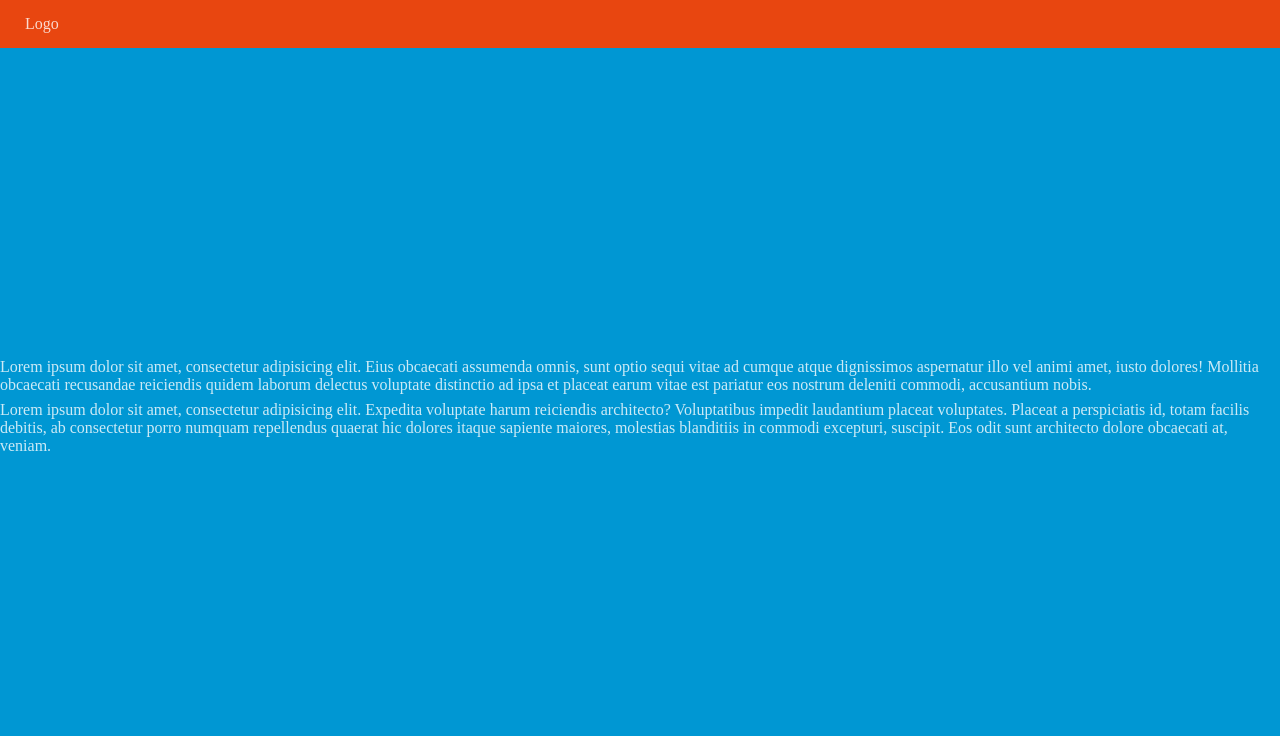
Repository: Matt-F90/mini-project
Page: index.html
The author's editor kept a record of every edit. The page is drawn from the files as they stood at one moment, then again after the next edit.
The browser window is 1280 px wide. The pictures show the whole page.

Above is the page before.

### index.html
<!DOCTYPE html>
<html lang="en">
<head>
    <meta charset="UTF-8">
    <meta name="viewport" content="width=device-width, initial-scale=1.0">
    <meta http-equiv="X-UA-Compatible" content="ie=edge">
    <link rel="stylesheet" type="text/css" href="main.css">
    <title>Document</title>
</head>
<body>
    <main class="main">
        <header class="header">
            <div class="logo">Logo</div>
        </header>


        <section class="section">
          <article class="article column column-60">
              <p class="section-paragraph">
                  Lorem ipsum dolor sit amet, consectetur adipisicing elit. Eius obcaecati assumenda omnis, sunt optio sequi vitae ad cumque atque dignissimos aspernatur illo vel animi amet, iusto dolores! Mollitia obcaecati recusandae reiciendis quidem laborum delectus voluptate distinctio ad ipsa et placeat earum vitae est pariatur eos nostrum deleniti commodi, accusantium nobis.
              </p>
          </article>
          <aside class="aside column column-40">
              <p class="section-paragraph">
                  Lorem ipsum dolor sit amet, consectetur adipisicing elit. Expedita voluptate harum reiciendis architecto? Voluptatibus impedit laudantium placeat voluptates. Placeat a perspiciatis id, totam facilis debitis, ab consectetur porro numquam repellendus quaerat hic dolores itaque sapiente maiores, molestias blanditiis in commodi excepturi, suscipit. Eos odit sunt architecto dolore obcaecati at, veniam.
              </p>
          </aside>
        </section>

        <footer class="footer">
            footer
        </footer>
          </main>
</body>
</html>

### main.css
body, html {
    height:100%;
    margin: 0;
    color: rgba(255, 255, 255, .8)
}

.header {
    position: fixed;
    top: 0;
    left: 0;
    right: 0;
    background-color: #e84610;
    padding: 15px 25px;
}

.main {
    height:100%;
}

.section {
    background-color: #0097d3;
    height: 100%;
}
.article, .aside {
    position: relative;
    top: 50%;
    transform: translateY(-50%);
}

After the next edit:
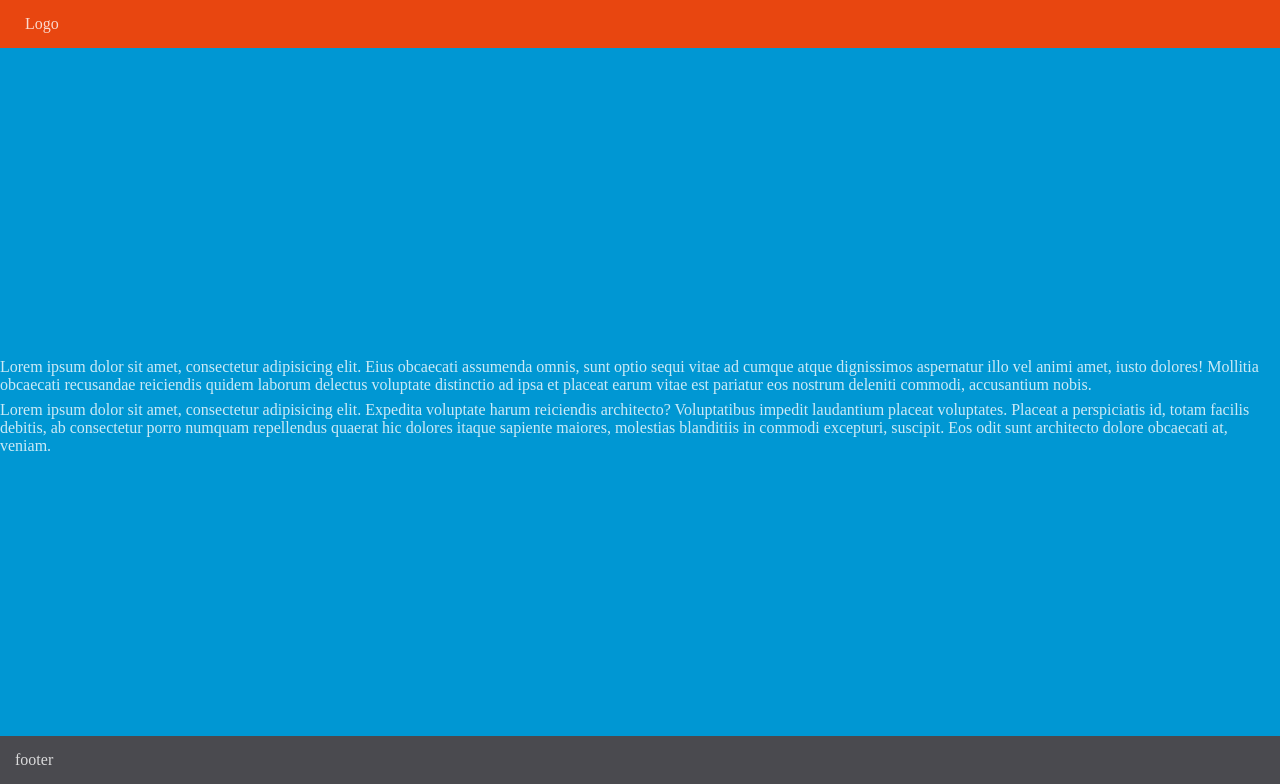
The edit:
--- a/main.css
+++ b/main.css
@@ -26,3 +26,8 @@ body, html {
     top: 50%;
     transform: translateY(-50%);
 }
+
+.footer {
+    background-color: #4a4a4f;
+    padding: 15px
+}
